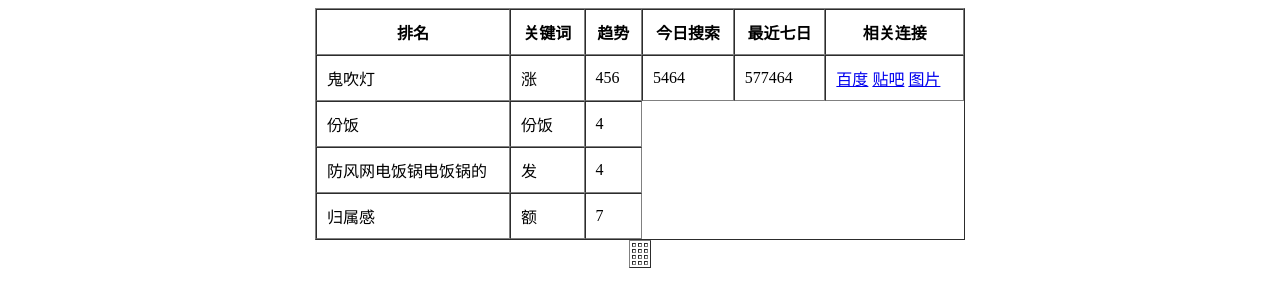
Repository: TheBestBadGuy0228/code
Page: day2_表格基本语法.html
These files come from the project's save history. The page is drawn as it stood at one moment and after the next save; the edit follows.
The browser window is 1280 px wide. The pictures show the whole page.

Above is the page before, as saved 2021-06-23 15:24:47.

After the next save:
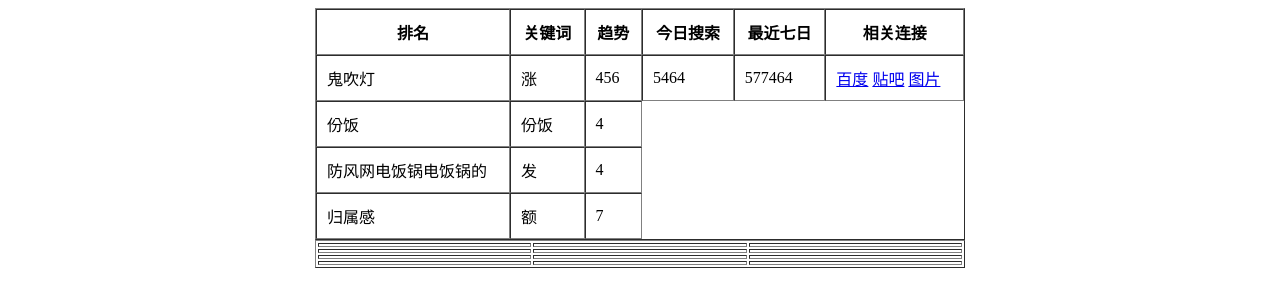
Saved 12 s later.
--- a/day2_表格基本语法.html
+++ b/day2_表格基本语法.html
@@ -56,7 +56,7 @@
 
 
     </table>
-    <table align="center" border="1" with="650">
+    <table align="center" border="1" width="650">
         <thead>
             <th></th>
             <th></th>
